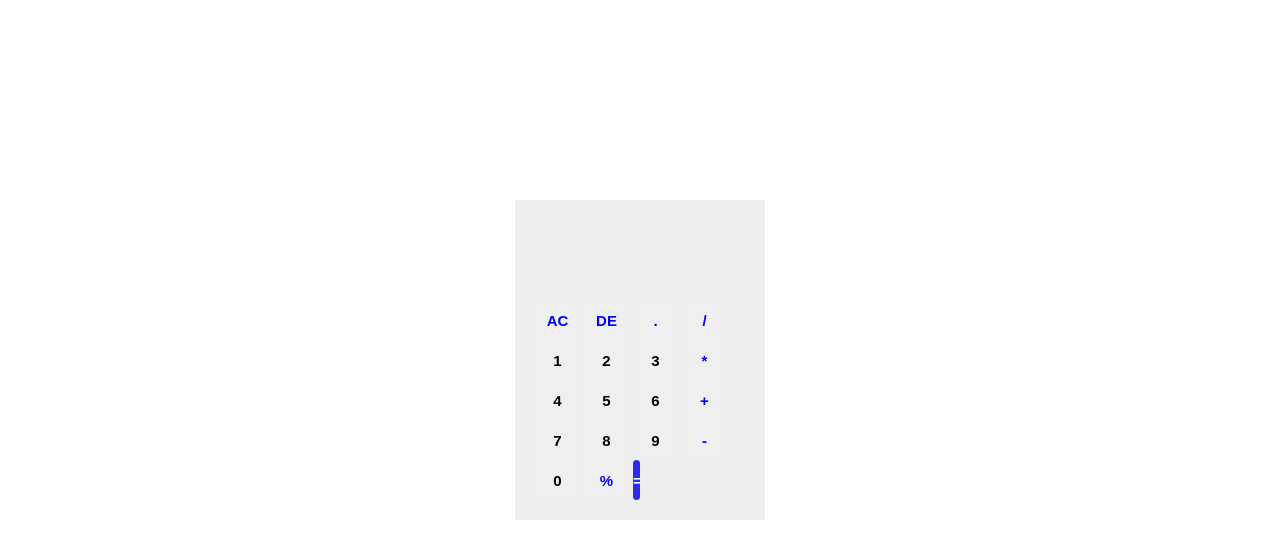
Repository: jerrys-arch/web-calculator
Page: index.html
An editor plug-in stored every save of this project. The page is shown before and after a run of saves, followed by the edit.
The browser window is 1280 px wide. The pictures show the whole page.

Above is the page before, as saved 2024-11-30 06:04:19.

After the next 2 saves:
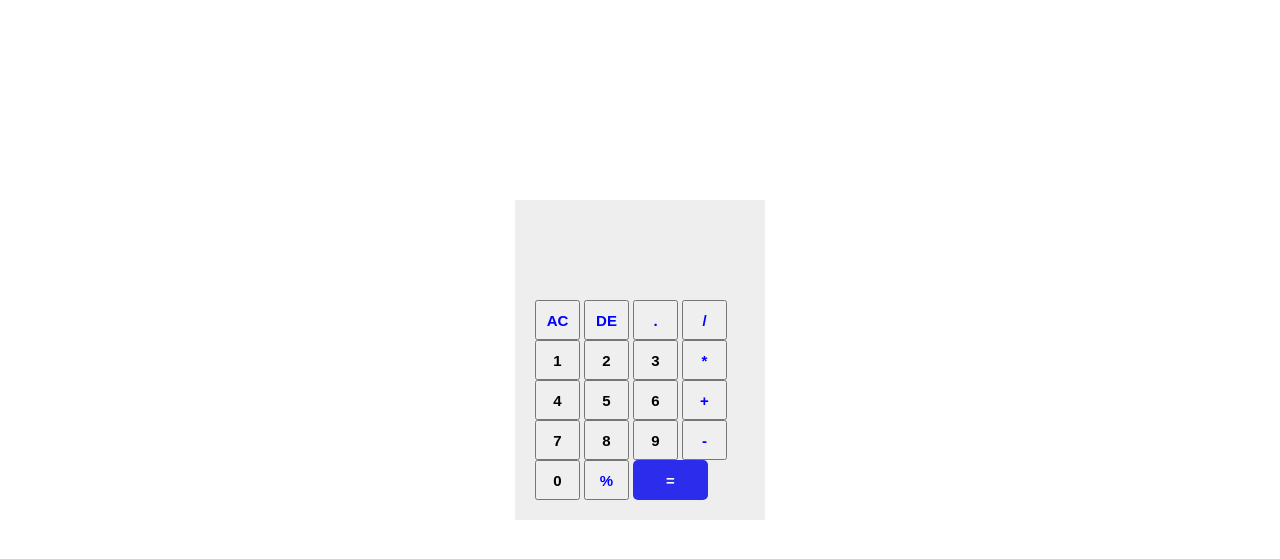
The 2 saves are shown as one change because they came seconds apart.
The last was saved 6 s later.
--- a/styles.css
+++ b/styles.css
@@ -20,7 +20,7 @@
     width:45px;
     height:40px;
    /* padding: 10px;*/
-    border:none;
+    border:non;
     font-size: 15px;
     font-weight: bold;
 }
@@ -36,7 +36,7 @@
 
 }
 .calculator form #equal{
-    width:7px;
+    width:75px;
     background: rgb(44, 44, 236);
     border:none;
    color:white;
